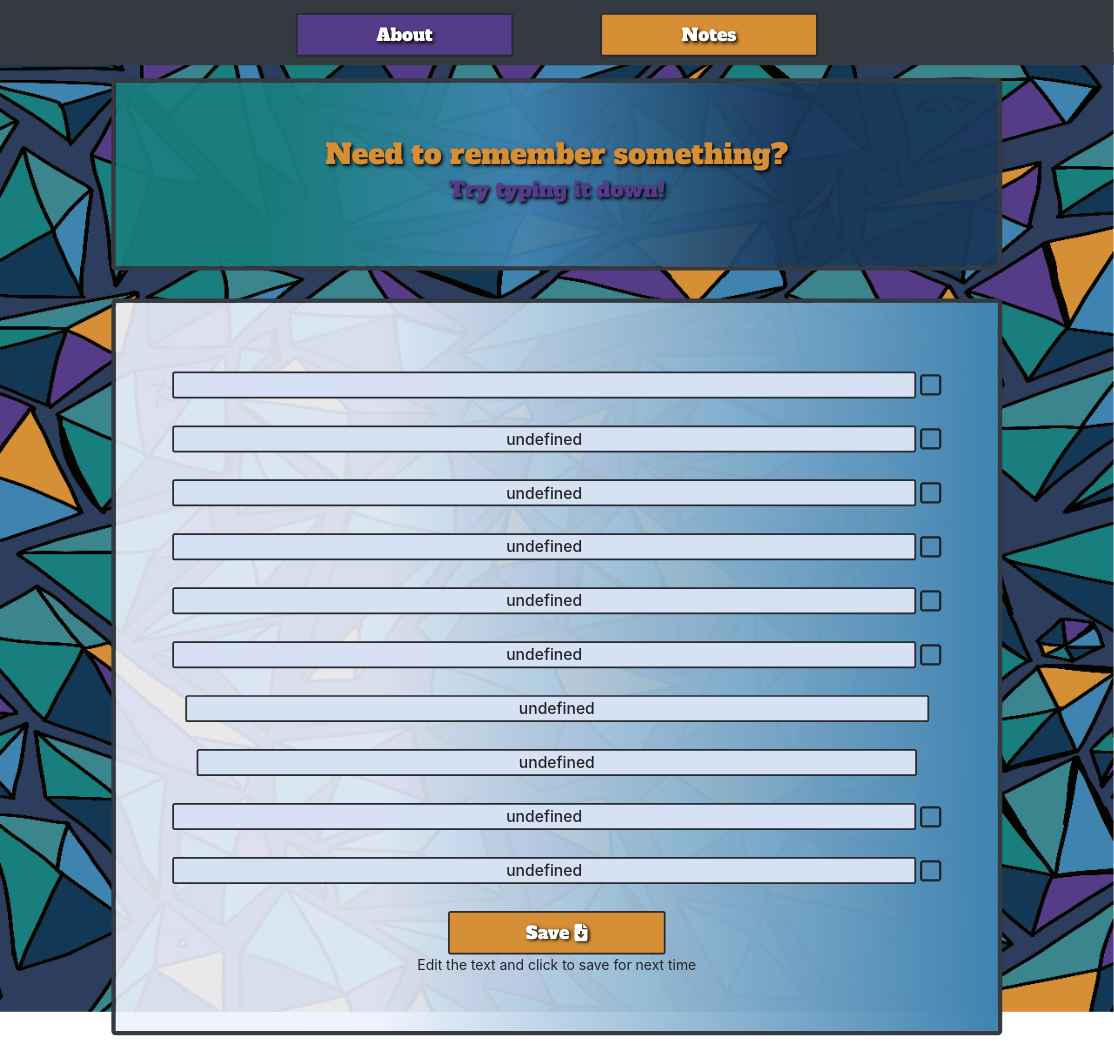
Repository: Kamicoda/Mynote
Page: index.html
The author's editor kept a record of every edit. The page is drawn from the files as they stood at one moment, then again after the next edit.
The browser window is 1280 px wide. The pictures show the whole page, at 87% of full size.
Backgrounds fixed to the window are drawn as part of the page. Some web fonts or font styles are not loaded; a fallback is used. Some web libraries are served in a nearby version.

Above is the page before.

After the next edit:
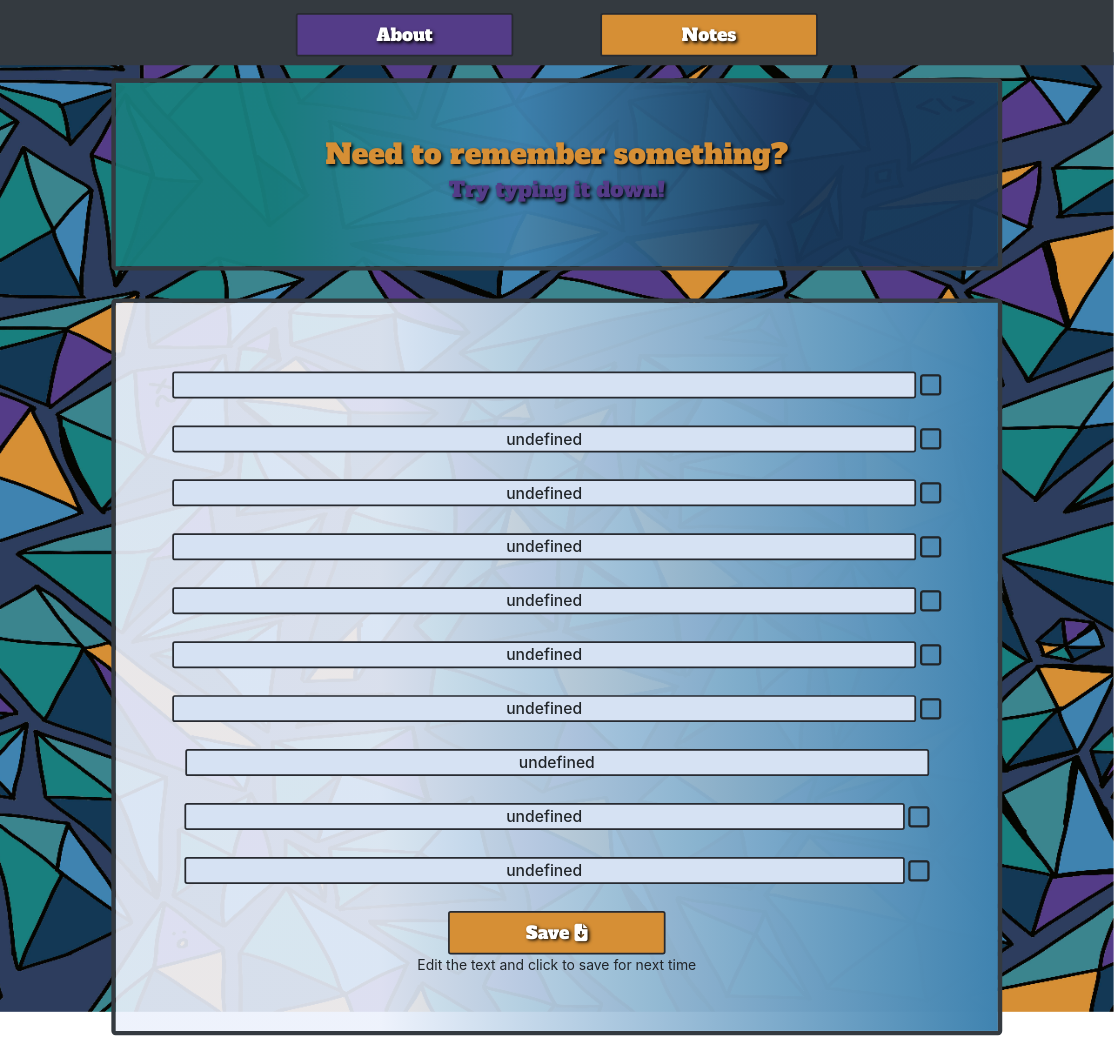
The edit:
--- a/index.html
+++ b/index.html
@@ -139,7 +139,7 @@
                         </div>
 
                         <div class="col-12">
-                            <p id="edit6" contenteditable="true" class="editableP border border-light" placeholder=">These messeges will go away :(</p>
+                            <p id="edit6" contenteditable="true" class="editableP border border-light" placeholder="These messeges will go away :("></p>
                             <div id="checkBox6" class="checkbox">
                                 <i id="fasquare6" class="far fa-square"></i>
                                 <i id="fabox6" class="far fa-check-square"></i>
